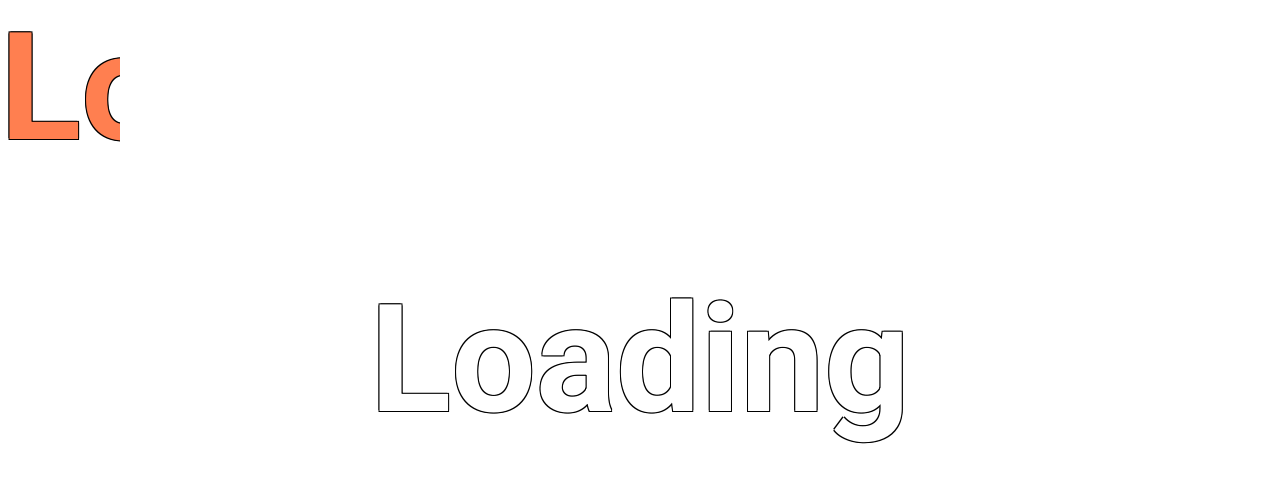
Repository: safak/animation
Page: index-4.html
The author's editor kept a copy of each file at every save. The page is drawn from the files as they stood at one save, then again after the next save.
The browser window is 1280 px wide. The pictures show the whole page.

Above is the page before, as saved 2020-12-17 00:36:21.

### index-4.html
<html lang="en">
  <head>
    <meta charset="UTF-8" />
    <meta name="viewport" content="width=device-width, initial-scale=1.0" />
    <link rel="stylesheet" href="style.css" />
    <link
      href="https://fonts.googleapis.com/css2?family=Roboto:wght@300;400;500;700;900&display=swap"
      rel="stylesheet"
    />
    <link
      rel="stylesheet"
      href="https://cdnjs.cloudflare.com/ajax/libs/font-awesome/5.15.1/css/all.min.css"
      integrity="sha512-+4zCK9k+qNFUR5X+cKL9EIR+ZOhtIloNl9GIKS57V1MyNsYpYcUrUeQc9vNfzsWfV28IaLL3i96P9sdNyeRssA=="
      crossorigin="anonymous"
    />
    <title>Document</title>
  </head>
  <body>
      <h1>Loading</h1>
    </div>
  </body>
</html>

### style.css
* {
  margin: 0;
}

body {
  display: flex;
  align-items: center;
  justify-content: center;
  font-family: "Roboto", sans-serif;
}

.container {
  width: 300px;
  height: 300px;
  display: flex;
  flex-direction: column;
  align-items: center;
  justify-content: center;
}

/* PAGE1

h1{
  color: coral;
}

.circle-container {
  display: flex;
}

.circle {
  width: 20px;
  height: 20px;
  border-radius: 50%;
  margin: 10px;
  animation: loading 1s infinite;
  opacity: 0;
}

.circle-1{
  background-color: tomato;
}

.circle-2{
  background-color: salmon;
}

.circle-3{
  background-color: coral;
}

@keyframes loading {
  100% {
    opacity: 1;
  }
} */

/* PAGE2

h1 {
  color: coral;
}

.circle-container {
  display: flex;
}

.circle {
  width: 20px;
  height: 20px;
  border-radius: 50%;
  margin: 10px;
  animation: loading .5s infinite alternate;
}

.circle-1 {
  background-color: tomato;
}

.circle-2 {
  background-color: salmon;
}

.circle-3 {
  background-color: coral;
}

@keyframes loading {
  25% {
    transform: translate(10px, -10px);
  }
  50% {
    transform: translate(20px, -20px);
  }
  75% {
    transform: translate(30px, -10px);
  }
  100% {
    transform: translate(30px, 0px);
  }
} */

/* PAGE3

h1 {
  color: coral;
  font-weight: 300;
  margin-top: ;
}

.circle-container {
  display: flex;
  border-bottom: 2px solid lightcoral;
  padding: 0px;
}

.circle {
  width: 20px;
  height: 20px;
  border-radius: 50%;
  margin: 0px 10px;
  animation: loading 0.5s infinite alternate;
}

.circle-1 {
  background-color: tomato;
}

.circle-2 {
  background-color: salmon;
  animation-delay: 0.1s;
}

.circle-3 {
  background-color: coral;
  animation-delay: .2s;
}

@keyframes loading {
  100% {
    transform: translateY(-100px);
  }
} */

/* PAGE3 */

h1 {
  font-size: 150px;
  width: 100%;
  height: 100%;
  display: flex;
  align-items: center;
  justify-content: center;
  text-shadow: -1px -1px 0 #000, 1px -1px 0 #000, -1px 1px 0 #000,
    1px 1px 0 #000;
  color: white;
  position: relative;
}

h1::before {
  content: "Loading";
  color: coral;
  width: 0;
  top: 0;
  left: 0;
  overflow: hidden;
  position: absolute;
  animation: move 4s ease-in infinite;
}

@keyframes move{
  100% {
    width: 100%;
  }
}

After the next save:
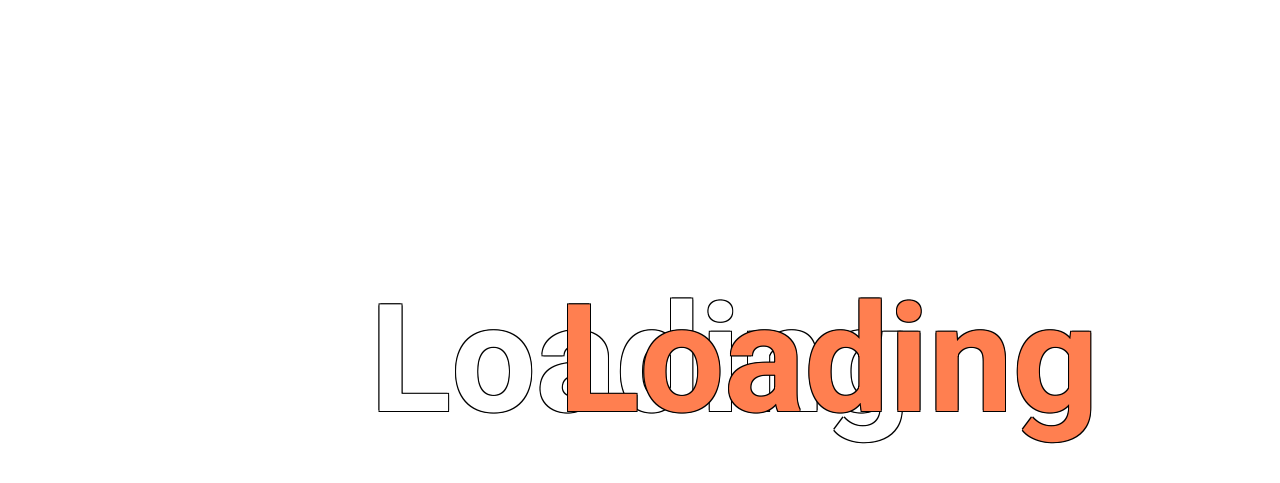
Saved 22 s later.
--- a/style.css
+++ b/style.css
@@ -154,16 +154,13 @@
   text-shadow: -1px -1px 0 #000, 1px -1px 0 #000, -1px 1px 0 #000,
     1px 1px 0 #000;
   color: white;
-  position: relative;
 }
 
 h1::before {
   content: "Loading";
   color: coral;
-  width: 0;
-  top: 0;
-  left: 0;
-  overflow: hidden;
+  width: 3pc;
+  /* overflow: hidden; */
   position: absolute;
   animation: move 4s ease-in infinite;
 }
